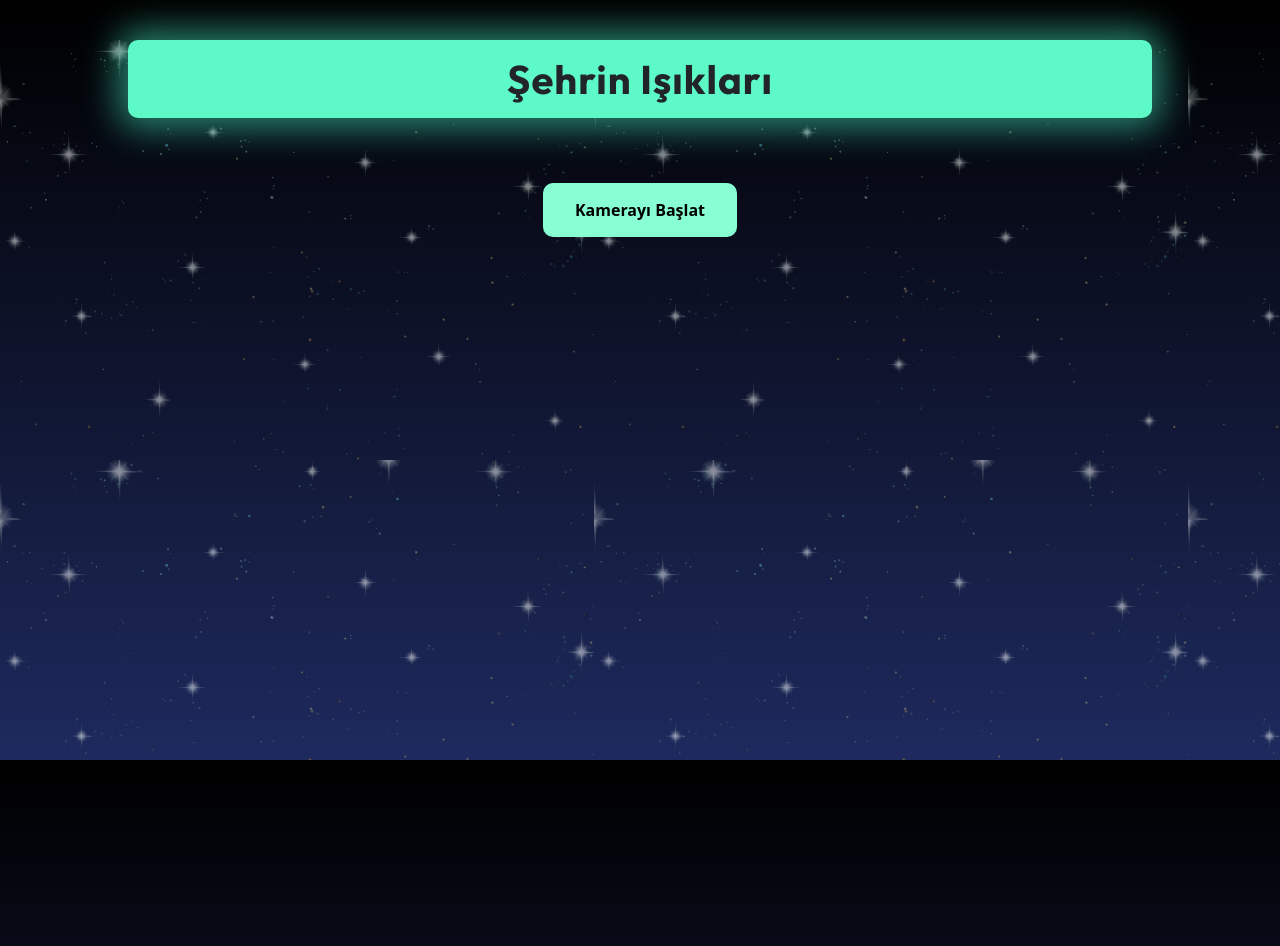
Repository: BiranOrundas/CameraQR
Page: index.html
These files come from the project's save history. The page is drawn as it stood at one moment and after the next save; the edit follows.
The browser window is 1280 px wide. The pictures show the whole page.

Above is the page before, as saved 2024-08-29 15:43:24.

After the next save:
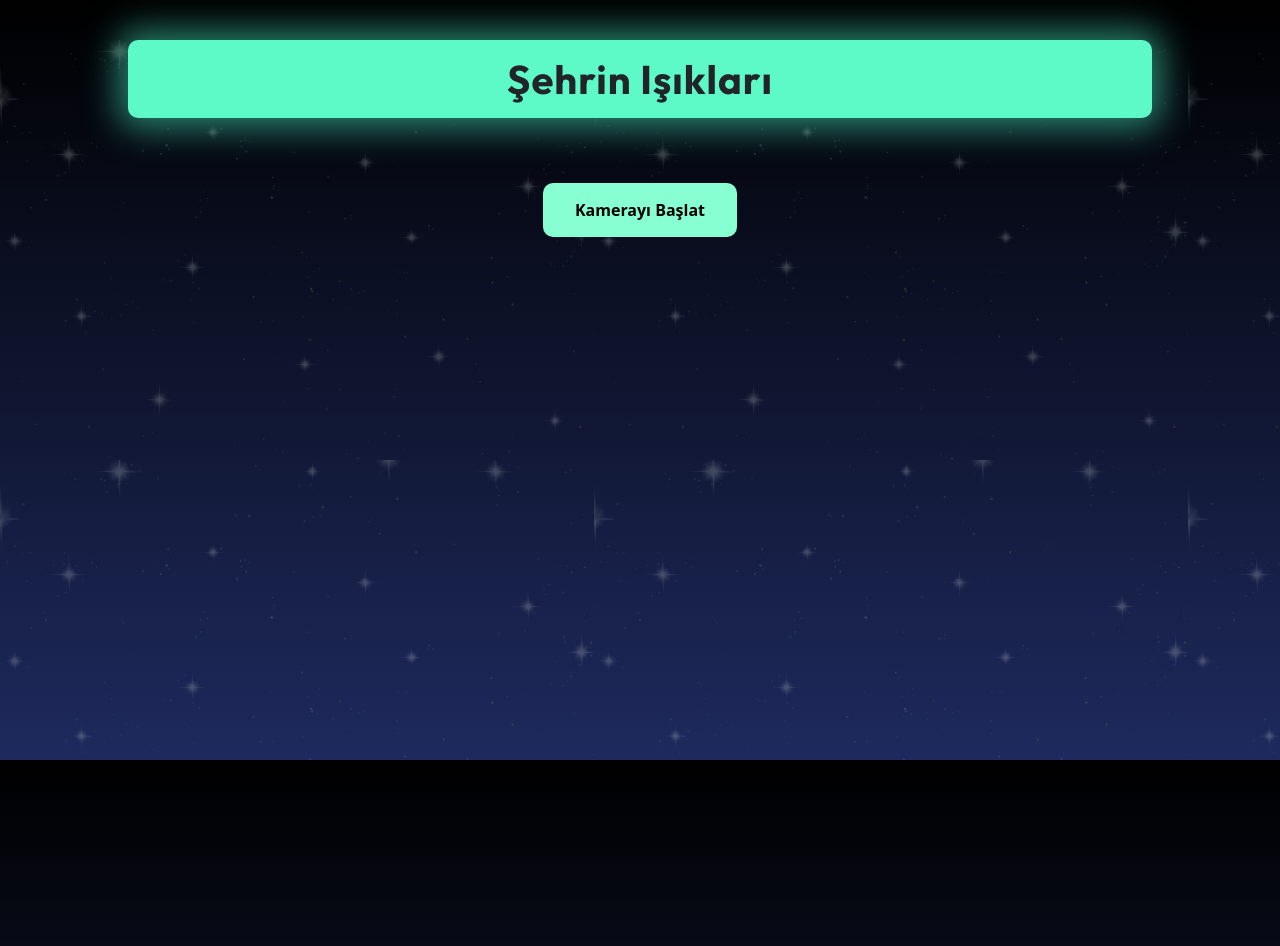
Saved 19 s later.
--- a/style.css
+++ b/style.css
@@ -17,7 +17,7 @@
   margin-left: -10%;
   object-fit: cover;
   z-index: -1;
-  opacity: 0.5;
+  opacity: 0.2;
 }
 
 body{
